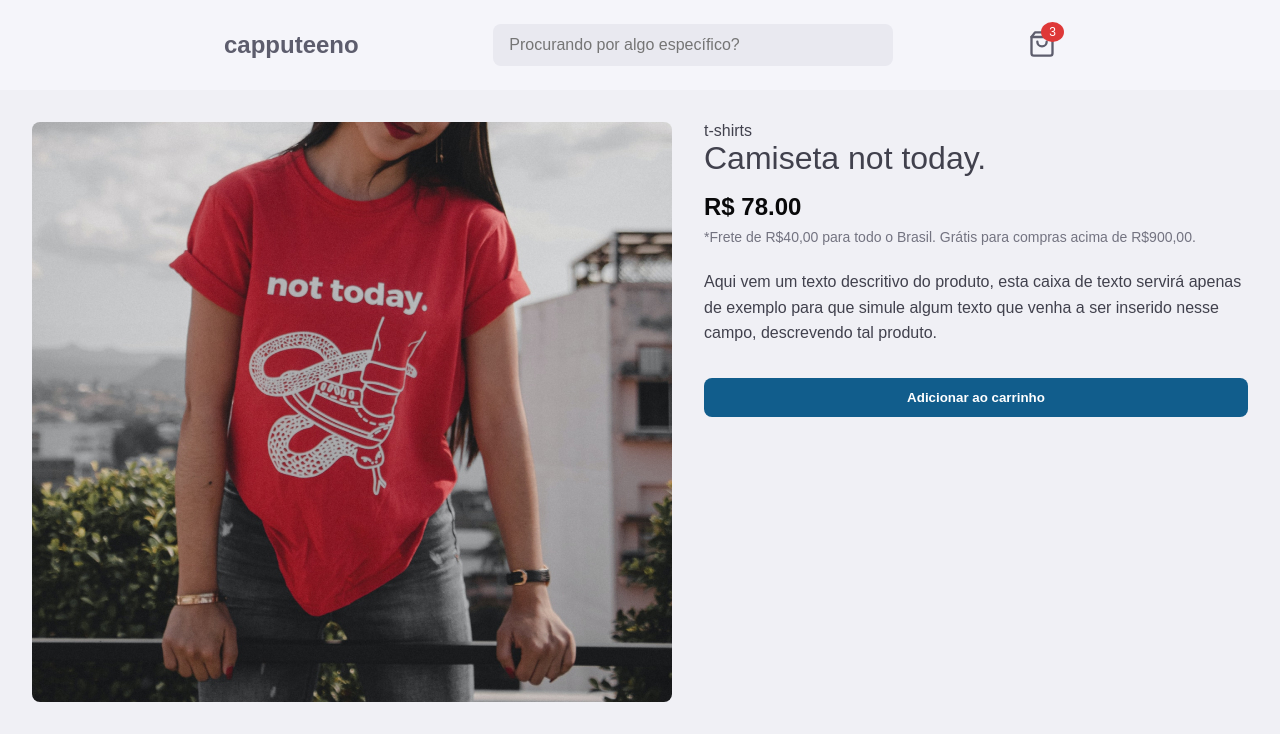
Repository: Biel-barbosa/capputeenoecomerce
Page: /product/1
These files come from the project's save history. The page is drawn as it stood at one moment and after the next save; the edit follows.
The browser window is 1280 px wide. The pictures show the whole page.
The project was rebuilt for these pictures with package versions that can differ from the ones it lists, and the page was loaded fresh each time. The framework's server and built-in components were replaced by stand-ins that run in the browser. Also part of the build but not shown: next.config.ts.

Above is the page before, as saved 2025-04-23 13:02:43.

### src/app/layout.tsx
import type { Metadata } from "next";
import { Geist, Geist_Mono } from "next/font/google";
import "./globals.css";


const geistSans = Geist({
  variable: "--font-geist-sans",
  subsets: ["latin"],
});

const geistMono = Geist_Mono({
  variable: "--font-geist-mono",
  subsets: ["latin"],
});

export const metadata: Metadata = {
  title: "Create Next App",
  description: "Generated by create next app",
};

export default function RootLayout({
  children,
}: Readonly<{
  children: React.ReactNode;
}>) {
  return (
    <html lang="en">
      <body className={`${geistSans.variable} ${geistMono.variable}`}>
        {children}
      </body>
    </html>
  );
}

### src/app/product/[id]/page.tsx
'use client';

import { useParams } from 'next/navigation';
import styled from 'styled-components';
import { products, Product } from '@/data/products';
import Header from '@/components/Header';

const PageWrapper = styled.div`
  background-color: #f0f0f5;
  min-height: 100vh; /* Garante que a altura mínima seja 100% da tela */
  display: flex;
  flex-direction: column;
`;

const Container = styled.div`
  max-width: 1440px;
  margin: 2rem auto;
  padding: 0 2rem;
  display: flex;
  gap: 2rem;
  flex-wrap: wrap;
  justify-content: space-between;
  flex: 1; /* Garante que esse container ocupe todo o espaço restante */
`;

const Image = styled.img`
  width: 100%;
  max-width: 640px;
  height: auto;
  object-fit: cover;
  border-radius: 8px;
  background: #f3f3f3;
`;

const Info = styled.div`
  display: flex;
  flex-direction: column;
  justify-content: flex-start;
  max-width: 600px;
  flex: 1;
  color: #41414D;
`;

const Title = styled.h1`
  font-size: 2rem;
  font-weight: 500;
  color: #41414D;
`;

const Description = styled.p`
  margin-top: 1.5rem;
  color: #41414D;
  line-height: 1.6;
`;

const Price = styled.strong`
  font-size: 1.5rem;
  color: #09090a;
  margin-top: 1rem;
`;

const Freight = styled.span`
  margin-top: 0.5rem;
  font-size: 0.875rem;
  color: #737380;
`;

const Button = styled.button`
  margin-top: 2rem;
  padding: 0.75rem 1rem;
  background-color: #115d8c;
  color: white;
  font-weight: bold;
  border: none;
  border-radius: 8px;
  cursor: pointer;
  transition: background 0.2s ease;

  &:hover {
    background-color: #0d4c74;
  }
`;

export default function ProductDetailPage() {
    const params = useParams();
    const id = typeof params.id === 'string' ? params.id : '';
    const product = products.find((p: Product) => p.id === id);

    if (!product) return <div>Produto não encontrado.</div>;

    const handleAddToCart = () => {
        const cart = JSON.parse(localStorage.getItem('cart') || '[]');
        const updatedCart = [...cart, product];
        localStorage.setItem('cart', JSON.stringify(updatedCart));
        alert('Produto adicionado ao carrinho!');
    };

    return (
        <PageWrapper>
            <Header />
            <Container>
                <Image src={product.image} alt={product.title} />
                <Info>
                    <span>{product.category}</span>
                    <Title>{product.title}</Title>
                    <Price>R$ {product.price.toFixed(2)}</Price>
                    <Freight>
                        *Frete de R$40,00 para todo o Brasil. Grátis para compras acima de R$900,00.
                    </Freight>
                    <Description>
                        Aqui vem um texto descritivo do produto, esta caixa de texto servirá apenas de exemplo
                        para que simule algum texto que venha a ser inserido nesse campo, descrevendo tal produto.
                    </Description>
                    <Button onClick={handleAddToCart}>
                        Adicionar ao carrinho
                    </Button>
                </Info>
            </Container>
        </PageWrapper>
    );
}

### src/data/products.ts
export type Product = {
    id: string;
    title: string;
    image: string;
    price: number;
    category: 't-shirts' | 'mugs';
    description: string;
    createdAt: Date;
    sales: number;
};

export const products: Product[] = [
    {
        id: '1',
        title: 'Camiseta not today.',
        image: '/images/Camiseta-not-today.jpg',
        price: 78.0,
        category: 't-shirts',
        description: 'Aqui vem um texto descritivo do produto, esta caixa de texto servirá apenas de exemplo para que simule algum texto que venha a ser inserido nesse campo, descrevendo tal produto.',
        createdAt: new Date('2024-03-01'),
        sales: 30,
    },
    {
        id: '2',
        title: 'Caneca rústica',
        image: '/images/Caneca-ceramica-rustica.jpg',
        price: 40.0,
        category: 'mugs',
        description: 'Aqui vem um texto descritivo do produto, esta caixa de texto servirá apenas de exemplo para que simule algum texto que venha a ser inserido nesse campo, descrevendo tal produto.',
        createdAt: new Date('2024-04-10'),
        sales: 80,
    },
    {
        id: '3',
        title: 'Camiseta Broken Saints',
        image: '/images/Camiseta-broken-saints.jpg',
        price: 58.0,
        category: 't-shirts',
        description: 'Aqui vem um texto descritivo do produto, esta caixa de texto servirá apenas de exemplo para que simule algum texto que venha a ser inserido nesse campo, descrevendo tal produto.',
        createdAt: new Date('2024-01-15'),
        sales: 45,
    },
    {
        id: '4',
        title: 'Caneca Black Ring',
        image: '/images/Caneca-Black-Ring.jpg',
        price: 32.0,
        category: 'mugs',
        description: 'Aqui vem um texto descritivo do produto, esta caixa de texto servirá apenas de exemplo para que simule algum texto que venha a ser inserido nesse campo, descrevendo tal produto.',
        createdAt: new Date('2024-02-20'),
        sales: 60,
    },
    {
        id: '5',
        title: 'Camiseta Outcast',
        image: '/images/Camiseta-outcast.jpg',
        price: 89.9,
        category: 't-shirts',
        description: 'Aqui vem um texto descritivo do produto, esta caixa de texto servirá apenas de exemplo para que simule algum texto que venha a ser inserido nesse campo, descrevendo tal produto.',
        createdAt: new Date('2024-04-05'),
        sales: 50,
    },
    {
        id: '6',
        title: 'Caneca The Grounds',
        image: '/images/Caneca-The-Grounds.jpg',
        price: 85.0,
        category: 'mugs',
        description: 'Aqui vem um texto descritivo do produto, esta caixa de texto servirá apenas de exemplo para que simule algum texto que venha a ser inserido nesse campo, descrevendo tal produto.',
        createdAt: new Date('2024-03-10'),
        sales: 75,
    },
    {
        id: '7',
        title: 'Camiseta evening',
        image: '/images/Camiseta-evening.jpg',
        price: 69.9,
        category: 't-shirts',
        description: 'Aqui vem um texto descritivo do produto, esta caixa de texto servirá apenas de exemplo para que simule algum texto que venha a ser inserido nesse campo, descrevendo tal produto.',
        createdAt: new Date('2024-03-11'),
        sales: 62,
    },
    {
        id: '8',
        title: 'Caneca preto fosco',
        image: '/images/Caneca-preto-fosco.jpg',
        price: 28.0,
        category: 'mugs',
        description: 'Aqui vem um texto descritivo do produto, esta caixa de texto servirá apenas de exemplo para que simule algum texto que venha a ser inserido nesse campo, descrevendo tal produto.',
        createdAt: new Date('2024-03-12'),
        sales: 58,
    },
    {
        id: '9',
        title: 'Caneca Never settle',
        image: '/images/Caneca-Never-settle.jpg',
        price: 43.0,
        category: 'mugs',
        description: 'Aqui vem um texto descritivo do produto, esta caixa de texto servirá apenas de exemplo para que simule algum texto que venha a ser inserido nesse campo, descrevendo tal produto.',
        createdAt: new Date('2024-03-13'),
        sales: 54,
    },
    {
        id: '10',
        title: 'Caneca Rocketseat',
        image: '/images/Caneca-Decaf!-P&Co.jpg',
        price: 59.9,
        category: 'mugs',
        description: 'Aqui vem um texto descritivo do produto, esta caixa de texto servirá apenas de exemplo para que simule algum texto que venha a ser inserido nesse campo, descrevendo tal produto.',
        createdAt: new Date('2024-03-14'),
        sales: 48,
    },
    {
        id: '11',
        title: 'Camiseta DREAMER',
        image: '/images/Camiseta-DREAMER.jpg',
        price: 55.0,
        category: 't-shirts',
        description: 'Aqui vem um texto descritivo do produto, esta caixa de texto servirá apenas de exemplo para que simule algum texto que venha a ser inserido nesse campo, descrevendo tal produto.',
        createdAt: new Date('2024-03-15'),
        sales: 52,
    },
    {
        id: '12',
        title: 'Caneca Decaf! P&Co',
        image: '/images/Caneca-Decaf!-P&Co.jpg',
        price: 32.0,
        category: 'mugs',
        description: 'Aqui vem um texto descritivo do produto, esta caixa de texto servirá apenas de exemplo para que simule algum texto que venha a ser inserido nesse campo, descrevendo tal produto.',
        createdAt: new Date('2024-03-16'),
        sales: 70,
    },
    {
        id: '13',
        title: 'Camiseta javaScript',
        image: '/images/Camiseta-not-today.jpg',
        price: 13.0,
        category: 't-shirts',
        description: 'Aqui vem um texto descritivo do produto, esta caixa de texto servirá apenas de exemplo para que simule algum texto que venha a ser inserido nesse campo, descrevendo tal produto.',
        createdAt: new Date('2024-03-16'),
        sales: 70,
    },
    {
        id: '14',
        title: 'Caneca phyton',
        image: '/images/Caneca-Black-Ring.jpg',
        price: 22.0,
        category: 'mugs',
        description: 'Aqui vem um texto descritivo do produto, esta caixa de texto servirá apenas de exemplo para que simule algum texto que venha a ser inserido nesse campo, descrevendo tal produto.',
        createdAt: new Date('2024-03-16'),
        sales: 70,
    },
];

export function getProductById(id: string) {
    return products.find((product) => product.id === id);
}

### src/components/Header.tsx
'use client';
import styled from 'styled-components';
import { FiShoppingBag } from 'react-icons/fi';

type HeaderProps = {
  onSearch?: (value: string) => void;
};

const HeaderContainer = styled.header`
  width: 100%;
  padding: 1.5rem 14rem;
  display: flex;
  align-items: center;
  justify-content: space-between;
  background-color: #f5f5fa;
  flex-wrap: wrap;
  gap: 1rem;
`;

const Logo = styled.h1`
  font-size: 1.5rem;
  font-weight: 600;
  color: #5d5d6d;
`;

const SearchInput = styled.input`
  flex: 1;
  max-width: 400px;
  margin: 0 2rem;
  padding: 0.75rem 1rem;
  border: none;
  border-radius: 8px;
  background: #e9e9f0;
  font-size: 1rem;
  color: #737380;

  &:focus {
    outline: 2px solid #115d8c;
  }

  @media (max-width: 768px) {
    margin: 0;
    width: 100%;
    order: 3;
  }
`;

const CartButton = styled.button`
  position: relative;
  background: none;
  border: none;
  cursor: pointer;

  svg {
    font-size: 1.75rem;
    color: #5d5d6d;
  }
`;

const CartCount = styled.span`
  position: absolute;
  top: -8px;
  right: -8px;
  background-color: #de3838;
  color: white;
  border-radius: 50%;
  font-size: 0.75rem;
  padding: 0.25rem 0.5rem;
  line-height: 1;
`;

const Header = ({ onSearch }: HeaderProps) => {
  const cartItemCount = 3; // Trocar por dados reais depois

  return (
    <HeaderContainer>
      <Logo>capputeeno</Logo>

      <SearchInput
        type="text"
        placeholder="Procurando por algo específico?"
        onChange={(e) => onSearch?.(e.target.value)}
      />

      <CartButton>
        <FiShoppingBag />
        <CartCount>{cartItemCount}</CartCount>
      </CartButton>
    </HeaderContainer>
  );
};

export default Header;

Loaded but not shown: src/app/globals.css (common file)

After the next save:
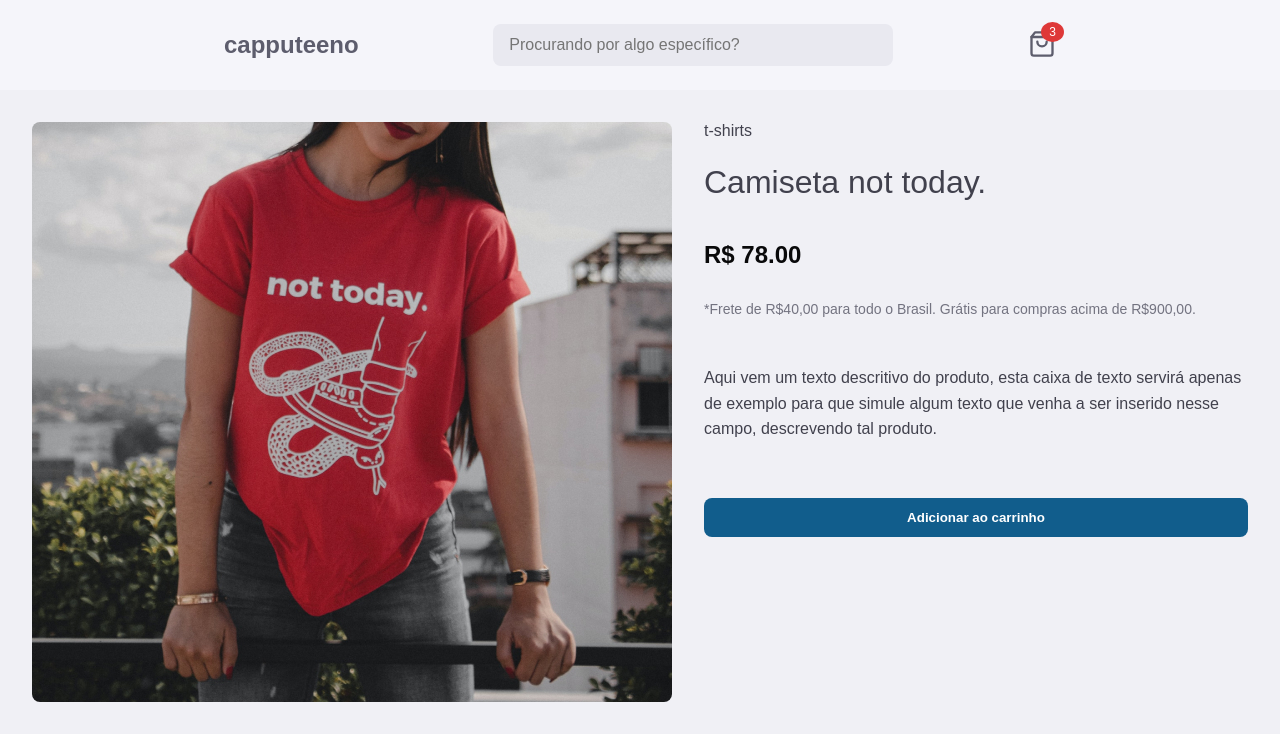
Saved 70 s later.
--- a/src/app/product/[id]/page.tsx
+++ b/src/app/product/[id]/page.tsx
@@ -39,6 +39,7 @@ const Info = styled.div`
   max-width: 600px;
   flex: 1;
   color: #41414D;
+  gap: 1.5rem;
 `;
 
 const Title = styled.h1`
